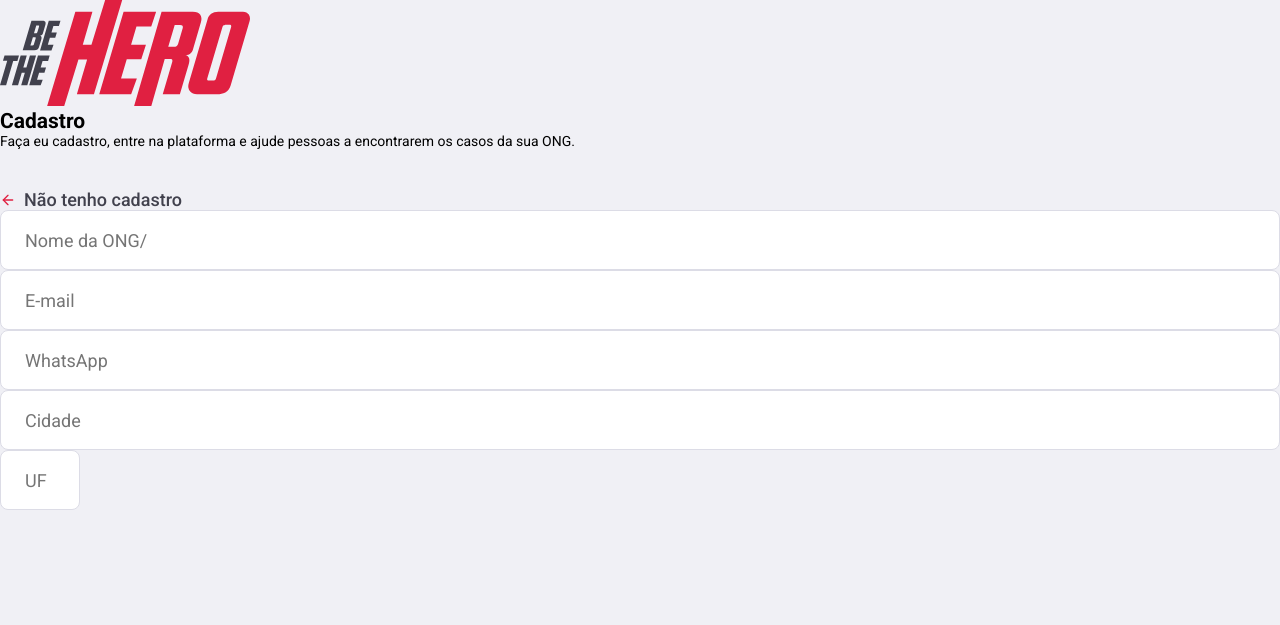
Repository: lucas-silva-dev/be-the-hero
Page: /register (app in frontend/)
The author's editor kept a copy of each file at every save. The page is drawn from the files as they stood at one save, then again after the next save.
The browser window is 1280 px wide. The pictures show the whole page.
The project was rebuilt for these pictures with package versions that can differ from the ones it lists, and the page was loaded fresh each time. Also part of the build but not shown: frontend/src/pages/Logon/styles.css, frontend/src/pages/Logon/index.js, frontend/src/pages/Register/styles.css.

Above is the page before, as saved 2020-03-25 22:54:01.

### frontend/public/index.html
<!DOCTYPE html>
<html lang="en">

<head>
  <meta charset="utf-8" />
  <!-- <link rel="icon" href="%PUBLIC_URL%/favicon.ico" /> -->
  <meta name="viewport" content="width=device-width, initial-scale=1" />
  <meta name="theme-color" content="#000000" />

  <title>Be The Hero</title>
</head>

<body>
  <noscript>You need to enable JavaScript to run this app.</noscript>
  <div id="root"></div>

</body>

</html>

### frontend/src/global.css
@import url("https://fonts.googleapis.com/css?family=Roboto:400,500,700&display=swap");

* {
  margin: 0;
  padding: 0;
  outline: 0;
  box-sizing: border-box;
}

body {
  font: 400 14px Roboto, sans-serif;
  background: #f0f0f5;
  -webkit-font-smothing: antialiased;
}

input,
button,
textarea {
  font: 400 18px Roboto, sans-serif;
}

button {
  cursor: pointer;
}

form input {
  width: 100%;
  height: 60px;
  color: #333;
  border: 1px solid #dcdce6;
  border-radius: 8px;
  padding: 0 24px;
}

.button {
  width: 100%;
  height: 60px;
  background: #e02041;
  border: 0;
  border-radius: 8px;
  color: #fff;
  font-weight: 700;
  margin-top: 16px;
  display: inline-block;
  text-align: center;
  text-decoration: none;
  font-size: 18px;
  line-height: 60px;
  transition: filter 0.2s;
}

.button:hover {
  filter: brightness(80%);
}

.back-link {
  display: flex;
  align-items: center;
  margin-top: 40px;
  color: #41414d;
  font-size: 18px;
  text-decoration: none;
  font-weight: 500;
  transition: opacity 0.2s;
}

.back-link svg {
  margin-right: 8px;
}

.back-link:hover {
  opacity: 0.8;
}

### frontend/src/routes.js
import React from 'react';
import { BrowserRouter, Route, Switch } from 'react-router-dom';

import Logon from './pages/Logon';
import Register from './pages/Register';

export default function Routes() {
  return (
    <BrowserRouter>
      <Switch>
        <Route path="/" exact component={Logon} />
        <Route path="/register" component={Register} />
      </Switch>
    </BrowserRouter>
  );
}

### frontend/src/pages/Register/index.js
import React from 'react';
import { Link } from 'react-router-dom';
import { FiArrowLeft } from 'react-icons/fi';

import './styles.css';

import logoImg from '../../assets/logo.svg'

export default function Register() {
  return (
    <div className="register-container">
      <div className="content">
        <section>
          <img src={logoImg} alt="Be The Hero Logo" />

          <h1>Cadastro</h1>
          <p>Faça eu cadastro, entre na plataforma e ajude pessoas a encontrarem os casos da sua ONG.</p>

          <Link className="back-link" to="/register">
            <FiArrowLeft size={16} color="#E02041" />
            Não tenho cadastro
          </Link>

        </section>

        <form >
          <input placeholder="Nome da ONG/" />
          <input type="email" placeholder="E-mail" />
          <input placeholder="WhatsApp" />

          <div className="input-group">
            <input placeholder="Cidade" />
            <input placeholder="UF" style={{ width: 80 }} />
          </div>
        </form>
      </div>
    </div>
  );
}

Loaded but not shown: frontend/src/index.js (common file); frontend/src/App.js (common file)

After the next save:
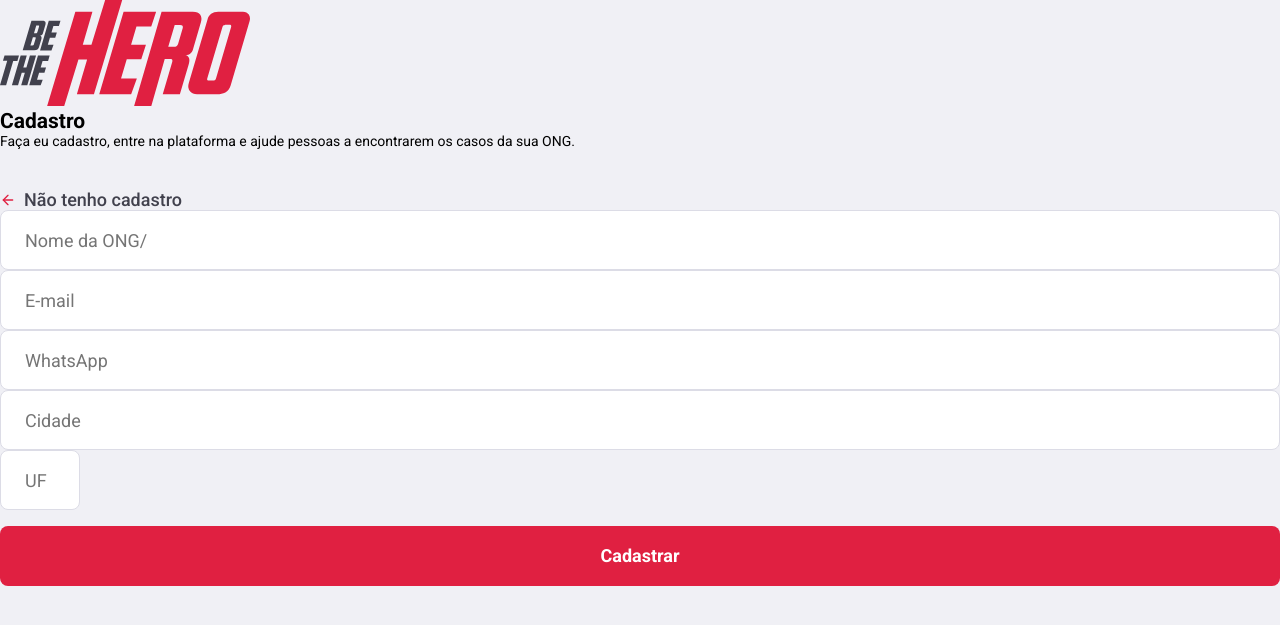
Saved 52 s later.
--- a/frontend/src/pages/Register/index.js
+++ b/frontend/src/pages/Register/index.js
@@ -32,6 +32,10 @@ export default function Register() {
             <input placeholder="Cidade" />
             <input placeholder="UF" style={{ width: 80 }} />
           </div>
+
+          <button className="button" >
+            Cadastrar
+          </button>
         </form>
       </div>
     </div>
